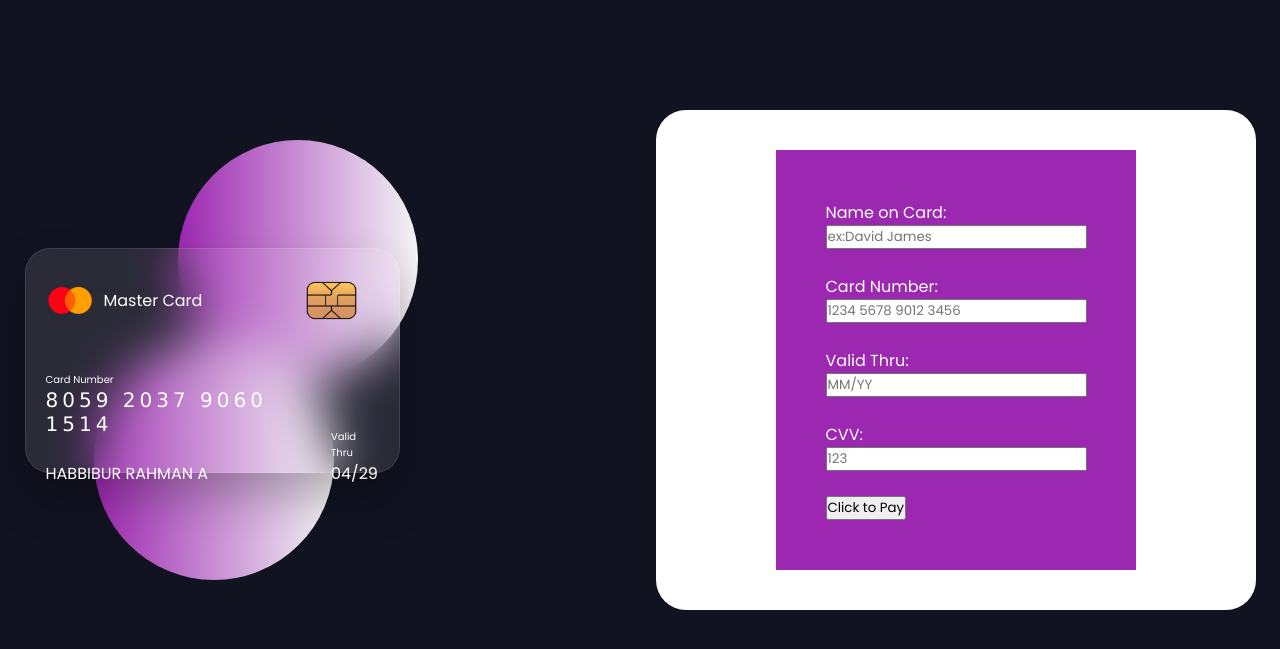
Repository: Habeebur1493/-002-Prompt
Page: index.html
An editor plug-in stored every save of this project. The page is shown before and after a run of saves, followed by the edit.
The browser window is 1280 px wide. The pictures show the whole page.

Above is the page before, as saved 2024-09-11 01:23:09.

### index.html
<!DOCTYPE html>
<html lang="en">
<head>
    <meta charset="UTF-8">
    <meta name="viewport" content="width=device-width, initial-scale=1.0">
    <title>Flip Card</title>
    <link rel="stylesheet" href="style.css">
</head>
<body>
    <section>
        <div class="container">
            <div class="card front-face">
                <header>
                    <span class="logo">
                        <img src="Mastercard-Logo.webp" alt="">
                        <h5>Master Card</h5>
                    </span>
                    <img src="file (1).png" alt="" class="chip">
                </header>

                <div class="card-details">
                    <div class="name-number">
                        <h6>Card Number</h6>
                        <h5 class="number">8059 2037 9060 1514</h5>
                        <h5 class="name">HABBIBUR RAHMAN A</h5>
                    </div>
                    <div class="valid-date">
                        <h6>Valid Thru</h6>
                        <h5>04/29</h5>
                    </div>
                </div>
            </div>
            <div class="card back-face">
                <h6>
                    For customer service call +900 1400 1800 or email at mastercard@gmai.com
                </h6>
                <span class="magnetic-strip">
                    <div class="signature"><i>005</i></div>
                    <h5>
                        HDFC Millennia Debit Card
                    </h5>
                    <h6>Yours is a life where creating and living the moments matters more than making money.
                    </h6>
                </span>
            </div>
        </div>
        <div class="content">
            <form action="">
                <label for="name">Name on Card:</label>
                <input type="text" id="name" placeholder="ex:David James" required>
                <br>
                <label for="number">Card Number:</label>
                <input type="number" id="number" placeholder="1234 5678 9012 3456" required>
                <br>
                <label for="valid">Valid Thru:</label>
                <input type="text" id="valid" placeholder="MM/YY" required>
                <br>
                <label for="cvv">CVV:</label>
                <input type="number" id="cvv" placeholder="123" required>
                <br>
                <button>Click to Pay</button>
            </form>

        </div>
    </section>



</body>
</html>

### style.css
@import url('https://fonts.googleapis.com/css2?family=Poppins:ital,wght@0,100;0,200;0,300;0,400;0,500;0,600;0,700;0,800;0,900;1,100;1,200;1,300;1,400;1,500;1,600;1,700;1,800;1,900&display=swap');

*{
    margin: 0;
    padding: 0;
    box-sizing: border-box;
    font-family: "Poppins", sans-serif;
}
section{
    position: relative;
    min-height: 100vh;
    width: 100%;
    background: #121321;
    display: flex;
    align-items: center;
    justify-content: center;
    color: #fff;
    perspective: 1000px;

}
section::before {
    content: "";
    position: absolute;
    height: 240px;
    width: 240px;
    border-radius: 50%;
    transform: translate(-150px, -100px);
    background: linear-gradient(90deg, #9c27b0, #f3f5f5);
    margin-right: 30%;
}
section::after {
    content: "";
    position: absolute;
    height: 240px;
    width: 240px;
    border-radius: 50%;
    transform: translate(150px, 100px);
    background: linear-gradient(90deg, #9c27b0, #f3f5f5);
    margin-right: 90%;
}

.container{
    position: relative;
    height: 225px;
    width: 375px;
    z-index: 100;
    transition: 0.6s;
    transform-style: preserve-3d;
    margin-right: 10%;

}
.container:hover{
    transform: rotateY(180deg);
}
.container .card{
    position: absolute;
    height: 100%;
    width: 100%;
    padding: 20px;
    border-radius: 25px;
    backdrop-filter: blur(25px);
    background: rgba(255, 255, 255, 0.1);
    box-shadow: 0 25px 45px rgba(0, 0, 0, 0.25);
    border: 1px solid rgba(255, 255, 255, 0.1);
    backface-visibility: hidden;
}
.front-face header,
.front-face .logo{
    display: flex;
    align-items: center;
}
.front-face header{
    justify-content: space-between;
}
.front-face .logo img {
    width: 48px;
    margin-right: 10px;

}
h5{
    font-size: 16px;
    font-weight: 400;
}
.front-face .chip{
    width: 95px;
}
.front-face .card-details{
    display: flex;
    margin-top: 40px;
    align-items: flex-end;
    justify-content: space-between;
}
h6{
    font-size: 10px;
    font-weight: 400;

}
h5.number{
    font-size: 20px;
    padding: 0;
    letter-spacing: 4px;
    font-family: Geneva;
}
h5.name{
    margin-top: 25px
}
.card.back-face{
    border: none;
    padding: 15px 25px 25px 25px;
    transform: rotateY(180deg);
}
.card.back-face h6{
    font-size: 8px;
}
.card.back-face .magnetic-strip{
    position: absolute;
    top: 40px;
    left: 0;
    height: 45px;
    width: 100%;
    background: #000;
}

.card.back-face .signature{
    display: flex;
    justify-content: flex-end;
    align-items: center;
    margin-top: 80px;
    height: 40px;
    width: 85%;
    border-radius: 6px;
    background: repeating-linear-gradient(
        #fff,
        #fff 3px,
        #efefef 0px,
        #efefef 9px);
}
.signature i {
    color: #000;
    font-size: 12px;
    padding: 4px 6px;
    border-radius: 4px;
    background-color: #fff;
    margin-right: -30px;
    z-index: -1;

}
.card.back-face h5{
    align-items: center;
    margin-left: 25%;
    font-size: 12px;
    margin-top: 15px;
}
.card.back-face h6{
    align-items: center;
    margin-left: 5%;
    font-size: 7px;
    margin-top: 1px;
}

.content{
    height: 500px;
    width: 600px;
    background-color: #fff;
    margin-left: 10%;
    border-radius: 30px;
    display: flex;
    flex-direction: column;
    justify-content: center;
    align-items: center;
}



.content > form{
    color: #fff;
    display: flex;
    flex-direction: column;
    justify-content: center;
    align-items: flex-start;
    width: 60%;
    padding: 50px;
    background-color: #9c27b0;
}

After the next 4 saves:
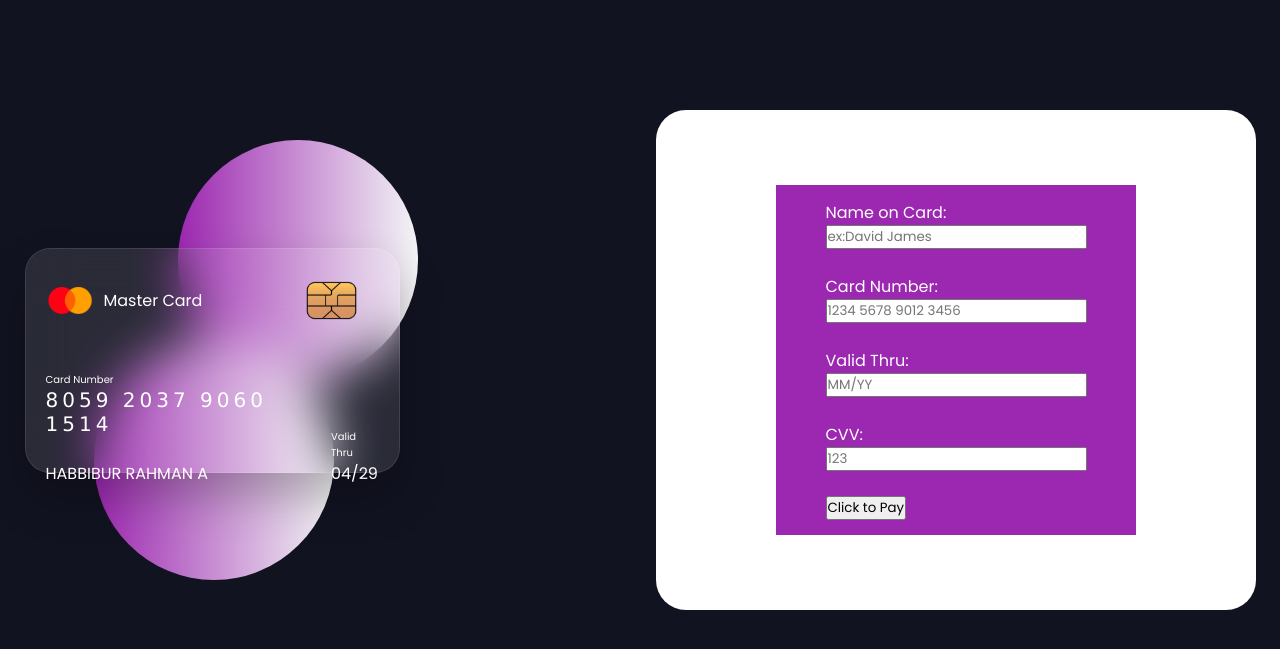
The 4 saves are shown as one change because they came seconds apart.
The last was saved 21 s later.
--- a/style.css
+++ b/style.css
@@ -178,6 +178,7 @@
     flex-direction: column;
     justify-content: center;
     align-items: flex-start;
+    height: 70%;
     width: 60%;
     padding: 50px;
     background-color: #9c27b0;
